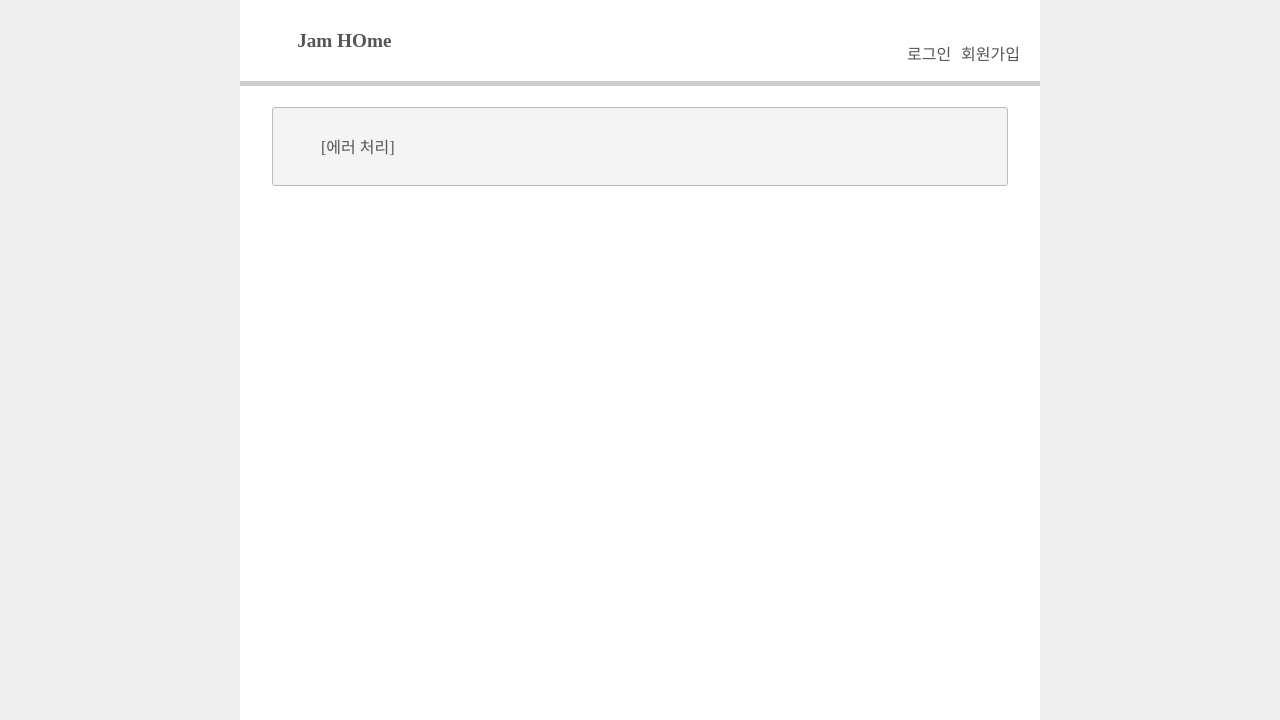
Repository: woals5636/JSPClass
Page: http://localhost/jspPro/days06/ex02.jsp
The author's editor kept a copy of each file at every save. The page is drawn from the files as they stood at one save, then again after the next save.
The browser window is 1280 px wide. The pictures show the whole page.
Some web fonts or font styles are not loaded; a fallback is used. The page is served by Tomcat 9. Other server files are loaded and not shown.

Above is the page before, as saved 2024-10-22 01:34:41.

### jspPro/src/main/webapp/days06/ex02.jsp
<%@ page contentType="text/html; charset=UTF-8" pageEncoding="UTF-8"%>
<%@ taglib prefix="c" uri="http://java.sun.com/jsp/jstl/core"%>
<!DOCTYPE html>
<html>
<head>
<meta charset="UTF-8">
<title>Insert title here</title>
<link rel="shortcut icon" type="image/x-icon" href="http://localhost/jspPro/images/SiSt.ico">
<script src="https://ajax.googleapis.com/ajax/libs/jquery/3.7.1/jquery.min.js"></script>
<meta name="viewport" content="width=device-width, initial-scale=1.0">
<meta name="google" content="notranslate">
<link rel="stylesheet" href="http://localhost/jspPro/resources/cdn-main/example.css">
<script src="http://localhost/jspPro/resources/cdn-main/example.js"></script>
<style>
 span.material-symbols-outlined{
    vertical-align: text-bottom;
 }
</style>
</head>
<body>
<header>
  <h1 class="main"><a href="#" style="position: absolute;top:30px;">Jam HOme</a></h1>
  <ul>
    <li><a href="#">로그인</a></li>
    <li><a href="#">회원가입</a></li>
  </ul>
</header>
<div>
  <xmp class="code">
	[에러 처리]
  </xmp>
</div>
</body>
</html>

### jspPro/src/main/webapp/resources/cdn-main/example.css
@charset "UTF-8";

@import url('https://fonts.googleapis.com/css2?family=Material+Symbols+Outlined:opsz,wght,FILL,GRAD@20..48,100..700,0..1,-50..200');

@font-face {
    font-family: 'GmarketSansMedium';
    src: url('https://cdn.jsdelivr.net/gh/projectnoonnu/noonfonts_2001@1.1/GmarketSansMedium.woff') format('woff');
    font-weight: normal;
    font-style: normal;
}

:root {
	--text-color: #555;
	--sub-text-color: #777;
	--back-color: #EFEFEF;
	--header-color: #444;
	--primary-color: #DEDEDE;
	--secondary-color: #EFEFEF;
	--default-width: 800px;
	--narrow-width: 500px;
	--wide-width: 1200px;
	--text-font: 'GmarketSansMedium';
	--icon-font: 'Material Symbols Outlined';
	--border-color: #CCC;
}

html, body {
	margin: 0;
	padding: 0;
}

html {
	background-color: var(--back-color);
	display: flex;
	justify-content: center;
	min-height: 100vh;
}

body, body.default {
	width: var(--default-width);
	background-color: white;
	padding-bottom: 120px;
}

body.wide {
	width: var(--wide-width);
}

body.narrow {
	width: var(--narrow-width);
}



body, p, div, span, a, input, select, option, textarea, button, table, th, td, label, fieldset, legend {
	font-family: var(--text-font);
	color: var(--text-color);
}

h1, h2, h3 {
	font-family: var(--text-font);
	color: var(--header-color);
	padding: 0 1rem;
	padding-top: .5rem;
}

div > h1, div > h2, div > h3 {
	padding: 0;
}

body > div, body > main > div {
	padding: 0.3rem 1rem;
}


h1 { font-size: 2rem; border-bottom: 1px solid var(--border-color); }
h1 small { font-size: 1.2rem; color: var(--sub-text-color); }
h2 { font-size: 1.5rem; border-bottom: 1px dashed var(--border-color); }
h2 small { font-size: 1.1rem; color: --sub-text-color; }
h3 { font-size: 1.2rem; }
h3 small { font-size: 1rem; color: --sub-text-color; }



h1.main::before {
	font-family: var(--icon-font);
  	content: '\e666';
  	margin-right: 10px;
  	float: left;
	font-size: 2.5rem;
}

h1.sub::before {
	font-family: var(--icon-font);
  	content: '\ea19';
  	margin-right: 10px;
  	float: left;
	font-size: 2.5rem;
}


h1.page::before {
	font-family: var(--icon-font);
  	content: '\e0e0';
  	margin-right: 10px;
  	float: left;
	font-size: 2.5rem;
}

body > header > ul > li > .active{
	background-color: #FFF;
	color:#F00;
}

body > header {
	display: flex;
	justify-content: space-between;
	border-bottom: 5px solid var(--border-color);
	min-height: 74px;
	background-color: #FFF;
}

body > header.sticky {
	position: sticky;
	top: 0;
	z-index: 98;
}

body > header > h1 {
	font-size: 1.2rem;
	border: 0;
}

body > header.in > h1::before {
	font-family: var(--icon-font);
  	content: '\e332‥';
  	margin-right: 3px;
  	float: left;
	font-size: 2rem;
}


body > header > ul {
	list-style-type: none;
	display: flex;
	align-items: flex-end;
	margin-right: 10px;
}

body > header > ul > li {
	margin-right: 10px;
	cursor: pointer;
}

body > header > ul > li > a {
	cursor: pointer;
}


form {
	display: block;
}

form > div {
	padding: 0.3rem 1rem;
}

div > form > div {
	padding: 0.3rem 0;
}

input, textarea, button, select {
	border: 1px solid #BBB;
	border-radius: 3px;
	outline: none;
	resize: none;
	padding: 7px;
	margin: 0;
}

input[type=text]:read-only, textarea:read-only {
	cursor: not-allowed;
	background-color: #FFF;
}

input[type=text]:disabled, textarea:disabled {
	cursor: not-allowed;
	background-color: #EEE;
}

input[type=text], input[type=password], textarea, button, select {
	/* width: 300px; */
}

textarea {
	display: block;
	height: 100px;
}

input[type=button], input[type=submit], button {
	/* width: inherit; */
}

input.short, textarea.short, button.short, select.short {
	width: 100px;
}

input.long, textarea.long, button.long, select.long {
	width: 350px;
}

.narrow input.long, .narrow textarea.long, .narrow button.long, .narrow select.long {
	width: calc(100% - 20px);
}

input.full, textarea.full, button.full, select.full {
	width: calc(100% - 20px);
}

textarea.short {
	height: 50px;
}

textarea.long {
	height: 100px;
}

textarea.full {
	height: 200px;
}

input, textarea {
	padding-top: 8px;
}

input[type=button], input[type=submit], button {
	padding: 5px 10px;
	background-color: var(--secondary-color);
	cursor: pointer;
	min-height: 36px;
}

input[type=button].primary, input[type=submit].primary, button.primary {
	/* background-color: rgba(100, 149, 237, .2); */
	background-color: var(--primary-color);
}

input[type=button].primary:hover, input[type=submit].primary:hover, button.primary:hover {
	/* background-color: rgba(100, 149, 237, .3); */
	background-color: var(--secondary-color);
}

input[type=button]:hover, input[type=submit]:hover, button:hover {
	background-color: var(--primary-color);
}

button {
	position: relative;
	left: 0;
	top: 0;
	padding-left: 35px;
}

button .material-symbols-outlined {
	position: absolute;
	left: 10px;
	top: 4px;
}

/* k2nik add */
button.login::before {
	font-family: var(--icon-font);
  	content: '\ea77';
	position: absolute;
	left: 11px;
	top: 4px;
	font-size: 1.25rem;
}

/* k2nik logout */
button.logout::before {
	font-family: var(--icon-font);
  	content: '\e9ba';
	position: absolute;
	left: 11px;
	top: 4px;
	font-size: 1.25rem;
}

/* k2nik help */
button.help::before {
	font-family: var(--icon-font);
  	content: '\f1c0';
	position: absolute;
	left: 11px;
	top: 4px;
	font-size: 1.25rem;
}

button.add::before{
	font-family: var(--icon-font);
  	content: '\e746';
	position: absolute;
	left: 11px;
	top: 4px;
	font-size: 1.25rem;
}

button.back::before {
	font-family: var(--icon-font);
  	content: '\e166';
	position: absolute;
	left: 11px;
	top: 4px;
	font-size: 1.25rem;
}

button.list::before {
	font-family: var(--icon-font);
  	content: '\e0ee';
	position: absolute;
	left: 11px;
	top: 4px;
	font-size: 1.25rem;
}


button.del::before {
	font-family: var(--icon-font);
  	content: '\e872';
	position: absolute;
	left: 11px;
	top: 4px;
	font-size: 1.25rem;
}


button.edit::before {
	font-family: var(--icon-font);
  	content: '\e745';
	position: absolute;
	left: 11px;
	top: 4px;
	font-size: 1.25rem;
}


button.login::before {
	font-family: var(--icon-font);
  	content: '\ea77';
	position: absolute;
	left: 11px;
	top: 4px;
	font-size: 1.25rem;
}


button.logout::before {
	font-family: var(--icon-font);
  	content: '\e9ba';
	position: absolute;
	left: 11px;
	top: 4px;
	font-size: 1.25rem;
}


button.in::before {
	font-family: var(--icon-font);
  	content: '\f71a';
	position: absolute;
	left: 11px;
	top: 4px;
	font-size: 1.25rem;
}


button.out::before {
	font-family: var(--icon-font);
  	content: '\f70e';
	position: absolute;
	left: 11px;
	top: 4px;
	font-size: 1.25rem;
}


button.reply::before {
	font-family: var(--icon-font);
  	content: '\e15e';
	position: absolute;
	left: 11px;
	top: 4px;
	font-size: 1.25rem;
}


button.comment::before {
	font-family: var(--icon-font);
  	content: '\e0b9';
	position: absolute;
	left: 11px;
	top: 4px;
	font-size: 1.25rem;
}


button.modal::before {
	font-family: var(--icon-font);
  	content: '\e89e';
	position: absolute;
	left: 11px;
	top: 4px;
	font-size: 1.25rem;
}


button.ok::before {
	font-family: var(--icon-font);
  	content: '\e86c';
	position: absolute;
	left: 11px;
	top: 4px;
	font-size: 1.25rem;
}


button.cancel::before {
	font-family: var(--icon-font);
  	content: '\e5c9';
	position: absolute;
	left: 11px;
	top: 4px;
	font-size: 1.25rem;
}

button.search::before {
	font-family: var(--icon-font);
  	content: '\e8b6';
	position: absolute;
	left: 11px;
	top: 4px;
	font-size: 1.25rem;
}

button.home::before {
	font-family: var(--icon-font);
  	content: '\e88a';
	position: absolute;
	left: 11px;
	top: 4px;
	font-size: 1.25rem;
}


button.sidebar::before {
	font-family: var(--icon-font);
  	content: '\f7e4';
	position: absolute;
	left: 11px;
	top: 4px;
	font-size: 1.25rem;
}


button.sidebar-right::before {
	font-family: var(--icon-font);
  	content: '\f7e5';
	position: absolute;
	left: 11px;
	top: 4px;
	font-size: 1.25rem;
}




button::before {
	font-family: var(--icon-font);
  	content: '\e323';
	position: absolute;
	left: 11px;
	top: 4px;
	font-size: 1.25rem;
}


table {
	border-collapse: collapse;
	margin: 1rem;
	box-sizing: border-box;
	width: calc(100% - 32px);
}

table.content {
	width: auto;
}

div > table {
	margin: 0;
}

table th, table td {
	border: 1px solid var(--border-color);
	padding: 7px;
	font-weight: normal;
}

table th {
	background-color: var(--back-color);
}

table.vertical th {
	width: 150px;
}

table.vertical td {
	width: calc(100% - 182px);
	padding-left: 10px;
}

table.content td, table.content th {
	width: auto;
}

body.narrow table.vertical th {
	width: 100px;
}

body.narrow table.vertical td {
	width: calc(100% - 182px);
}


table + table {
	margin-top: 30px;
}


p {
	padding: 0 1rem;
}

a {
	text-decoration: none;
}

a:hover {
	color: rgba(255, 99, 71, .7);
}

hr {
	border: 0;
	border-top: 1px solid var(--border-color);
	margin: 2rem 0;
}

.message {
	border: 1px solid var(--border-color);
	background-color: #EFEFEF;
	margin: 1rem;
	width: auto;
	padding-top: 10px;
	padding-bottom: 10px;
	font-size: 14px;
}

.message[title]::before {
	content: attr(title);
	display: block;
	border-bottom: 1px solid var(--border-color);
	padding-bottom: 5px;
	margin-bottom: 10px;
	margin-top: 7px;
}

.message.short {
	max-width: 250px;
}

.message.long {
	max-width: 500px;
}

.badge {
	float: right;
	font-size: .8rem;
	margin-top: 2px;
	margin-right: 2px;
	text-shadow: 0 0 7px gray;
}

.badge.left {
	float: none;
	margin-left: 2px;
}

.badge.right {
	float: right;
}

.badge.red {
	border-radius: 50%;
	padding: 2px 5px;
	background-color: rgb(255, 99, 71, .3);
}

.badge.yellow {

	border-radius: 50%;
	padding: 2px 5px;
	background-color: rgb(255, 215, 0, .5);
}

.badge.blue {
	border-radius: 50%;
	padding: 2px 5px;
	background-color: rgb(100, 149, 237, .3);
}

label + label {
	margin-left: 7px;
}

label input[type=checkbox], label input[type=radio] {
	transform: translate(0, 1px);
}

.group {
	display: flex;
}

.modal-content .group {
	margin-bottom: .5rem;
}

.group label {
	border: 1px solid #BBB;
	border-radius: 3px;
	outline: none;
	resize: none;
	padding: 7px 14px;
	margin: 0;
	border-top-right-radius: 0;
	border-bottom-right-radius: 0;
	background-color: #EFEFEF;
	white-space: nowrap;
	font-size: 14px;
}

.group input[type=text] {
	margin-left: -1px;
	border-top-left-radius: 0;
	border-bottom-left-radius: 0;
}

.group select {
	margin-left: -1px;
	border-top-left-radius: 0;
	border-bottom-left-radius: 0;
}

.group input.full[type=text] {
	margin-left: -1px;
	border-top-left-radius: 0;
	border-bottom-left-radius: 0;
	width: 100%;
}

.group input[type=button]:first-child, .group button:first-child {
	border-top-left-radius: 3px;
	border-bottom-left-radius: 3px;
	margin-left: 0px;
}

.group input[type=button], .group button {
	border-radius: 0;
	margin-left: -1px;
}

.group input[type=button]:last-child, .group button:last-child {
	margin-left: -1px;
	border-top-right-radius: 3px;
	border-bottom-right-radius: 3px;
}

.seperate {
	display: flex;
	justify-content: space-between;
}

div.list {
	width: max-content;
	margin: 1rem;
	border: 1px solid #BBB;
	border-radius: 3px;
	padding: 0;
}

div.list.full {
	width: auto;
	display: block;
	margin: 1rem;
	border: 1px solid #BBB;
	border-radius: 3px;
	padding: 0;
}

div.list > div {
	padding: .5rem 1rem;
	margin: 0;
	border-bottom: 1px solid #BBB;
}

div.list > div:last-child {
	border-bottom: 0;
}

pre.code , xmp.code{
	font-family: consols;
	background-color: rgba(150, 150, 150, .1);
	border: 1px solid #BBB;
	border-radius: 3px;
	padding: .5rem 1rem;
	padding-bottom: .6rem;
	margin: 1rem;
}




*[data-modal-window] {
	position: fixed;
	background-color: rgba(0, 0, 0, .3);
	left: 0;
	top: 0;
	display: none;
	justify-content: center;
	align-items: flex-start;
	width: 100%;
	min-height: 100vh;
	z-index: 100;
	opacity: 0;
	transition: 500ms all;
}

*[data-modal-window] .modal-container {
	border-radius: 5px;
	padding: 1rem;
	padding-bottom: .5rem;
	margin-top: -500px;
	opacity: 0;
	width: 500px;
	background-color: #FFF;
	margin-right: 2rem;
	transition: 500ms all;
}

*[data-modal-size=content] .modal-container {
	width: auto;
}

*[data-modal-size=narrow] .modal-container {
	width: 300px;
}

*[data-modal-size=wide] .modal-container {
	width: 760px;
}


*[data-modal-window] .modal-header {
	border-bottom: 1px solid var(--border-color);
	padding: 2px 5px;
}

*[data-modal-window] .modal-content {
	padding: 1rem 5px;
}

*[data-modal-window] .modal-content div:last-child {
	margin-top: 1rem;
	text-align: right;
}



*[data-sidebar-window] {
	position: fixed;
	background-color: #FFF;
	left: 0;
	top: 0;
	display: block;
	width: 300px;
	border-right: 1px solid var(--border-color);
	box-sizing: border-box;
	box-shadow: 0 0 3px var(--back-color);
	min-height: 100vh;
	z-index: 99;
	transform: translate(-300px, 0);
	transition-duration: 500ms;
	transition-property: transform;
}

*[data-sidebar-direction=right] {
	left: auto;
	right: 0;
	transform: translate(300px, 0);
	border-left: 1px solid var(--border-color);
}

*[data-sidebar-size=wide] {
	width: 500px;
	transform: translate(-500px, 0);
}

*[data-sidebar-window] .sidebar-title {
	border-bottom: 1px solid var(--border-color);
	margin-top: 20px;
	margin-bottom: 20px;
	padding-bottom: 5px;
	display: flex;
	justify-content: space-between;
}

*[data-sidebar-window] .sidebar-title span:last-child {
	cursor: pointer;
}


/* K2Nik pagination */
.center {
  text-align: center;
}

.pagination {
  display: inline-block;
}

.pagination a {
  color: black;
  float: left;
  padding: 3px 6px;
  text-decoration: none;
  transition: background-color .3s;
  border: 1px solid #ddd;
  margin: 0 3px;
}

.pagination a.active {
  background-color: #4CAF50;
  color: white;
  border: 1px solid #4CAF50;
}

.pagination a:hover:not(.active) {background-color: #ddd;}

### jspPro/src/main/webapp/resources/cdn-main/example.js

window.onload = () => {

    const list = document.querySelectorAll('input, textarea');

    list.forEach(item => {
        item.setAttribute('autocomplete', 'off');
    });


    const modal_btn_list = document.querySelectorAll('*[data-modal-button]');

    modal_btn_list.forEach(item => {
        item.onclick = function() {

            const name = this.dataset['modalButton'];
            const modal_window = document.querySelector('*[data-modal-window=' + name);

            const container = document.createElement('div');
            container.className = 'modal-container';



            const modal_header = document.createElement('div');
            modal_header.textContent = modal_window.dataset['modalTitle'];
            modal_header.className = 'modal-header';
            container.appendChild(modal_header);

            const modal_content = document.createElement('div');
            modal_content.className = 'modal-content';
            container.appendChild(modal_content);

            Array.from(modal_window.childNodes).forEach(item => {
                modal_content.appendChild(item);
            });

            modal_window.appendChild(container);

            modal_window.style.display = 'flex';

            setTimeout(() => {
                modal_window.style.opacity = 1;
                container.style.marginTop = '20px';
                container.style.opacity = 1;
            }, 50);


            const modal_ok = document.querySelector('*[data-modal-ok=' + name);
            modal_ok.addEventListener('click', function() {
                modal_window.style.opacity = 0;
                container.style.marginTop = '-500px';
                container.style.opacity = 0;

                setTimeout(() => {
                    modal_window.innerHTML = modal_content.innerHTML;
                    modal_window.style.display = 'none';
                }, 500);

            });

            const modal_cancel = document.querySelector('*[data-modal-cancel=' + name);
            modal_cancel.addEventListener('click', function() {

                modal_window.style.opacity = 0;
                container.style.marginTop = '-500px';
                container.style.opacity = 0;

                setTimeout(() => {
                    modal_window.innerHTML = modal_content.innerHTML;
                    modal_window.style.display = 'none';
                }, 500);
            });


        };
    });


    const sidebar_btn_list = document.querySelectorAll('*[data-sidebar-button]');

    sidebar_btn_list.forEach(item => {
        item.onclick = function() {



            const name = this.dataset['sidebarButton'];
            const sidebar_window = document.querySelector('*[data-sidebar-window=' + name);

            if (sidebar_window.style.transform == 'translate(0px, 0px)') return;



            sidebar_window.style.transform = 'translate(0, 0)';

            const sidebar_title = document.createElement('div');
            sidebar_title.className = 'sidebar-title';
            sidebar_title.innerHTML = '<span>' + sidebar_window.dataset['sidebarTitle'] + '</span><span class="material-symbols-outlined">close</span>';

            sidebar_title.children[1].onclick = function() {

                let sign = 1;
                let distance = 300;

                if (sidebar_window.dataset['sidebarDirection'] != 'right') {
                    sign = -1;
                } else {
                    sign = 1;
                }

                if (sidebar_window.dataset['sidebarSize'] != 'wide') {
                    distance = 300;
                } else {
                    distance = 500;
                }

                distance *= sign;

                sidebar_window.style.transform = 'translate(' + distance + 'px, 0)';

                setTimeout(function() {
                    sidebar_window.removeChild(sidebar_window.children[0]);
                }, 500);
            };


            sidebar_window.prepend(sidebar_title);

        }
    });

};

// window.onkeydown = function(event) {

//     if (event.keyCode == 27) {
//         if (document.querySelector('[data-modal-window').style.display == 'flex') {
//             document.querySelector('[data-modal-window').style.display = 'none';
//         }
//     }

// };

After the next save:
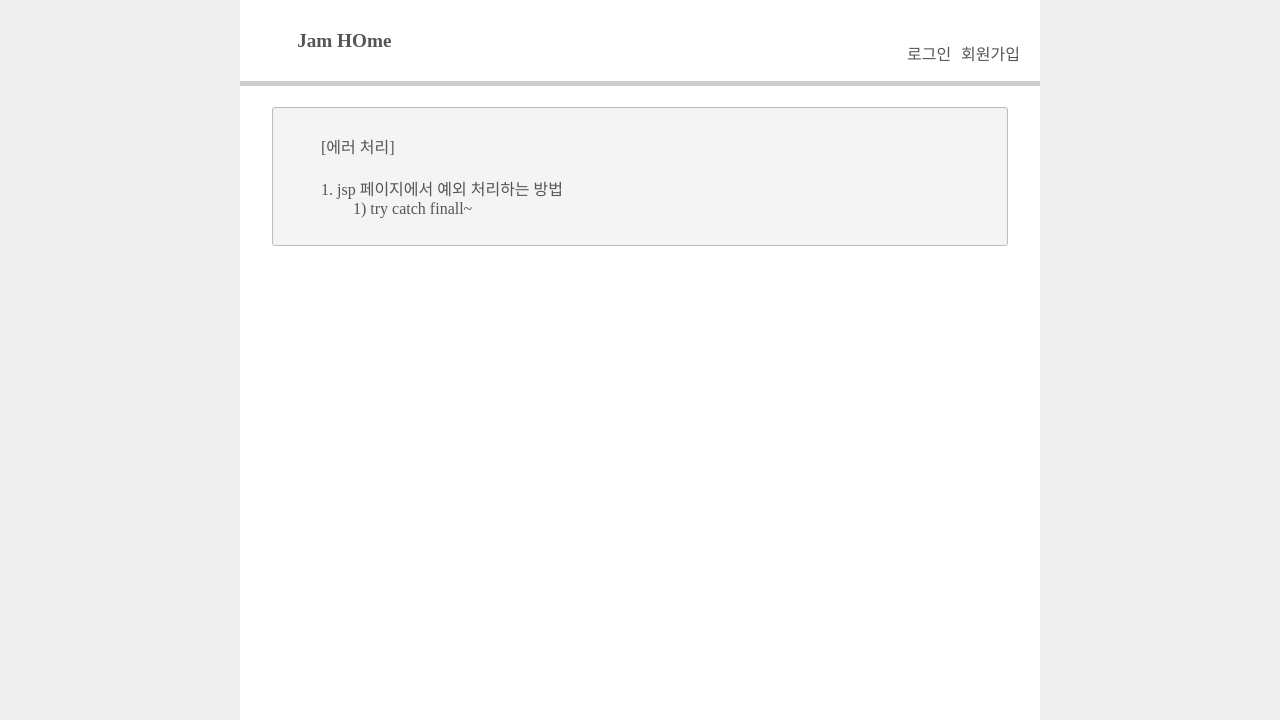
Saved 25 s later.
--- a/jspPro/src/main/webapp/days06/ex02.jsp
+++ b/jspPro/src/main/webapp/days06/ex02.jsp
@@ -28,6 +28,9 @@
 <div>
   <xmp class="code">
 	[에러 처리]
+
+	1. jsp 페이지에서 예외 처리하는 방법
+		1) try catch finall~
   </xmp>
 </div>
 </body>
